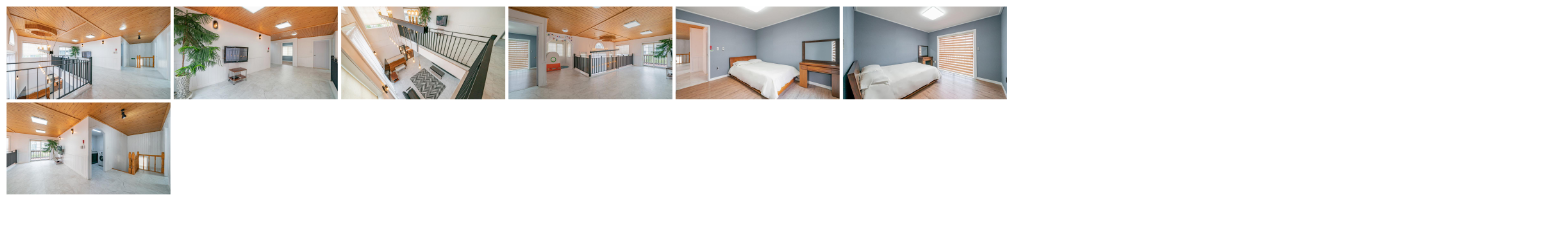
Repository: balsohn/adminshop
Page: http://localhost/jquery/0805/slide.jsp
These files come from the project's save history. The page is drawn as it stood at one moment and after the next save; the edit follows.
The browser window is 1280 px wide. The page is 1280 px wide, then 1904 px, so the pictures cover 1904 px, including what lies to the right of the window. The pictures show the whole page, at 82% of full size.
The page is served by Tomcat 9.

Above is the page before, as saved 2024-08-23 03:50:03.

### work/jquery/src/main/webapp/0805/slide.jsp
<%@ page language="java" contentType="text/html; charset=UTF-8"
    pageEncoding="UTF-8"%>
<!DOCTYPE html>
<html>
<head>
<meta charset="UTF-8">
<title>Insert title here</title>
<style>
	section {margin:auto;}
	img {width:200px; height: auto;}
</style>
</head>
<body>
	<section>
		<img src="1-1.jpg">
		<img src="1-2.jpg">
		<img src="1-3.jpg">
		<img src="1-4.jpg">
		<img src="1-5.jpg">
		<img src="1-6.jpg">
		<img src="1-7.jpg">
	</section>
</body>
</html>

After the next save:
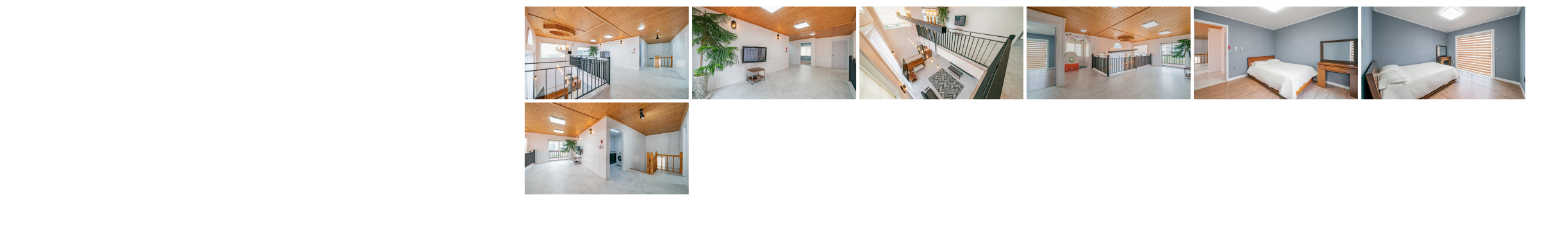
Saved 53 s later.
--- a/work/jquery/src/main/webapp/0805/slide.jsp
+++ b/work/jquery/src/main/webapp/0805/slide.jsp
@@ -6,7 +6,7 @@
 <meta charset="UTF-8">
 <title>Insert title here</title>
 <style>
-	section {margin:auto;}
+	section {position:relative; left:50%; top:50%;}
 	img {width:200px; height: auto;}
 </style>
 </head>
